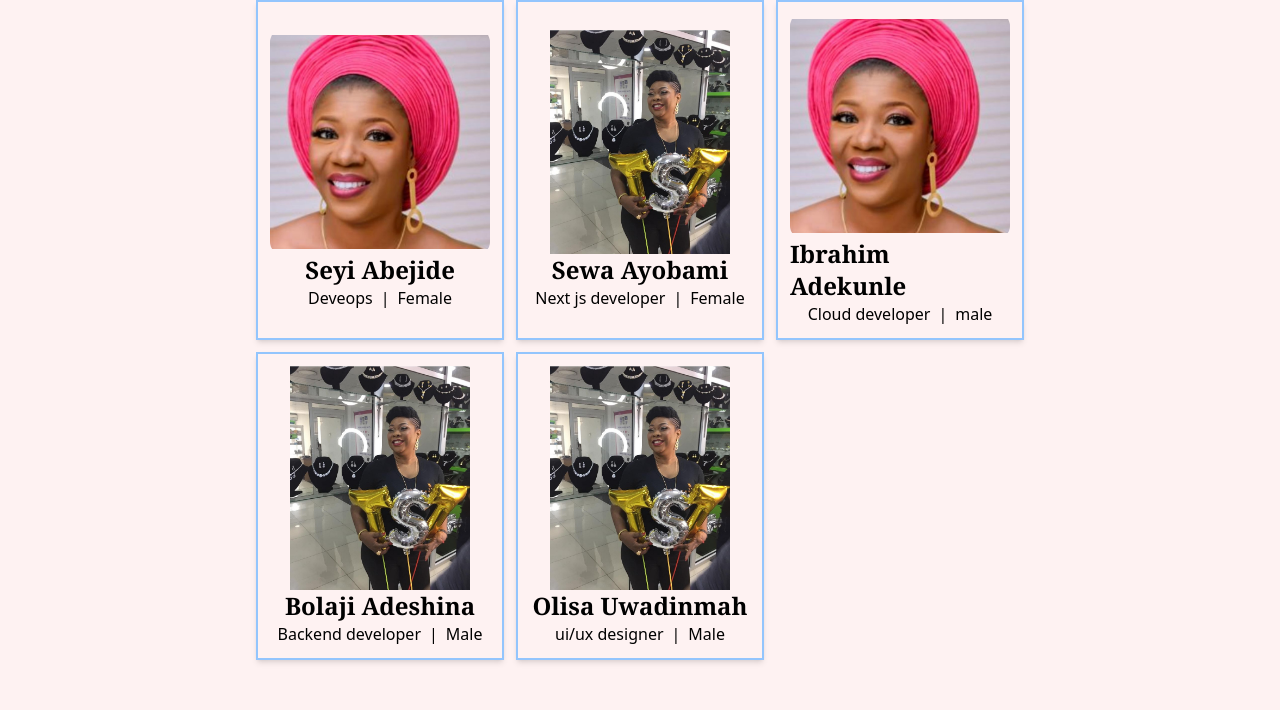
Repository: Semanmernstack/Bincom
Page: /
The author's editor kept a copy of each file at every save. The page is drawn from the files as they stood at one save, then again after the next save.
The browser window is 1280 px wide. The pictures show the whole page.
The project was rebuilt for these pictures with package versions that can differ from the ones it lists, and the page was loaded fresh each time. The framework's server and built-in components were replaced by stand-ins that run in the browser. Also part of the build but not shown: next.config.mjs.

Above is the page before, as saved 2024-01-25 05:36:59.

### app/layout.tsx
import type { Metadata } from "next";
import { Inter } from "next/font/google";
import "./globals.css";

const inter = Inter({ subsets: ["latin"] });

export const metadata: Metadata = {
  title: "Create Next App",
  description: "Generated by create next app",
};

export default function RootLayout({
  children,
}: Readonly<{
  children: React.ReactNode;
}>) {
  return (
    <html lang="en">
      <body className=" min-h-screen bg-red-50">{children}</body>
    </html>
  );
}

### app/page.tsx
import slidefour from "../public/slidefour.png"


import slidethree from "../public/slidethree.png"
import SetUp from "./components/SetUp";


const data = [
  {
    id: "1",
    title: "Seyi Abejide",
    image:"slidefour.png",
    role: "Deveops",
    gender: "Female",

  },
  {
    id: "2",
    title: "Sewa Ayobami",
    image: "slidethree.png",
    role: "Next js developer",
    gender: "Female"

  },
  {
    id: "3",
    title: "Ibrahim Adekunle",
    image:"slidefour.png",
    role: "Cloud developer",
    gender: "male",

  },
  {
    id: "4",
    title: "Bolaji Adeshina",
    image: "slidethree.png",
    role: "Backend developer",
    gender: "Male",

  },
  {
    id: "5",
    title: "Olisa Uwadinmah",
    image: "slidethree.png",
    role: "ui/ux designer",
    gender: "Male",

  },


];



export default function Home() {
  return (
    <main className=" flex flex-col max-w-3xl mx-auto ">
      <div className="grid grid-cols-1 sm:grid-cols-2 md:grid-cols-3 gap-3">
          {data.map((p, index)=> (
              <div className=" border-2 border-blue-300 shadow-md items-center justify-center flex" key={index}>
                <SetUp
                  id={p.id}
                  title={p.title}
                  image={p.image}
                  role={p.role}
                  gender= {p.gender}
                />
              </div>

          ))}


      </div>



    </main>
  );
}

### app/components/SetUp.tsx
import React from 'react'
interface B {
    id: string
    title: string
    image: string
    role: string
    gender: string
}


function SetUp({id, title, image, role, gender}:B) {
  return (
    <div className=' p-3 '>
      <img src={image} alt="image" className='h-56 w-56 rounded-xl  object-contain' />
      <div className='flex flex-col items-center justify-between'>
        <h1 className='font-bold font-serif textt-xl md:text-2xl'>{title}</h1>
        <div className='flex items-center justify-between gap-2'>
          <h2>{role}</h2>
          <h2>|</h2>
          <h2>{gender}</h2>
        </div>

        <div>

        </div>

      </div>

    </div>
  )
}

export default SetUp

Loaded but not shown: app/globals.css (common file); tailwind.config.ts (common file)

After the next save:
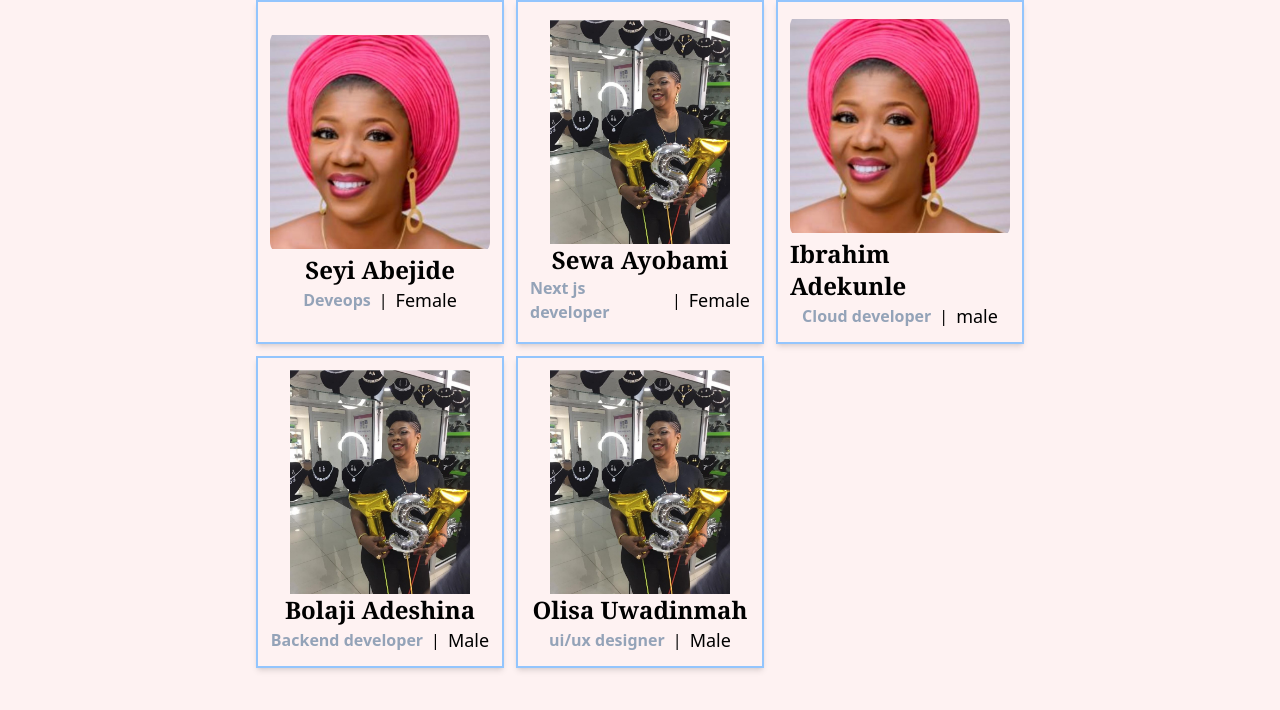
Saved 81 s later.
--- a/app/components/SetUp.tsx
+++ b/app/components/SetUp.tsx
@@ -15,9 +15,9 @@ function SetUp({id, title, image, role, gender}:B) {
       <div className='flex flex-col items-center justify-between'>
         <h1 className='font-bold font-serif textt-xl md:text-2xl'>{title}</h1>
         <div className='flex items-center justify-between gap-2'>
-          <h2>{role}</h2>
+          <h2 className='font-bold text-slate-400 '>{role}</h2>
           <h2>|</h2>
-          <h2>{gender}</h2>
+          <h2 className='text-sm sm:text-lg'>{gender}</h2>
         </div>
 
         <div>
